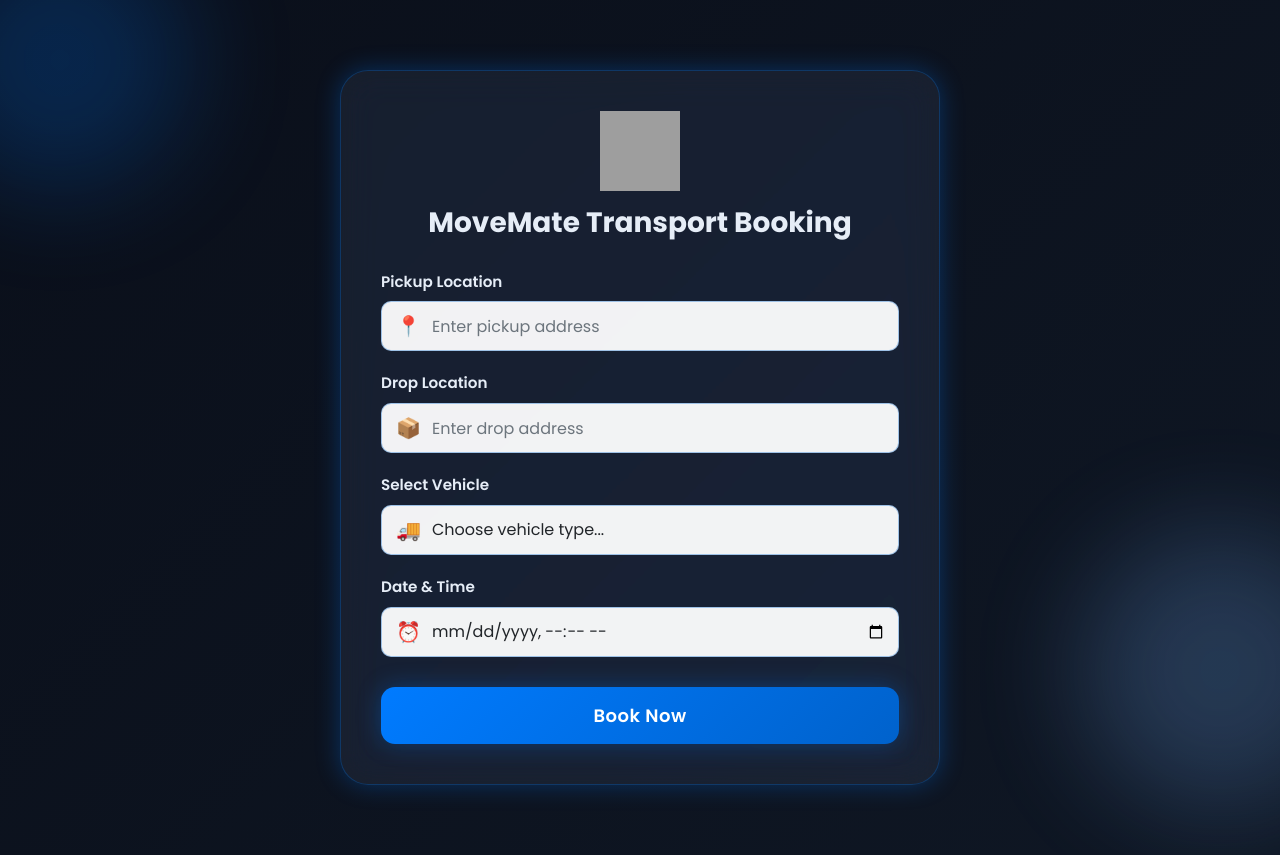
Repository: MoveMate7018/Slokdhorda7014
Page: booking.html
An editor plug-in stored every save of this project. The page is shown before and after the next save, followed by the edit.
The browser window is 1280 px wide. The pictures show the whole page.
Pictures or frames that could not be fetched are drawn as grey boxes.

Above is the page before, as saved 2025-11-19 10:16:22.

### booking.html
<!DOCTYPE html>
<html lang="en">
<head>
  <meta charset="UTF-8" />
  <meta name="viewport" content="width=device-width, initial-scale=1.0" />
  <title>MoveMate - Booking</title>
  <link href="https://cdn.jsdelivr.net/npm/bootstrap@5.0.2/dist/css/bootstrap.min.css" rel="stylesheet" integrity="sha384-EVSTQN3/azprG1Anm3QDgpJLIm9Nao0Yz1ztcQTwFspd3yD65VohhpuuCOmLASjC" crossorigin="anonymous">
  <link href="https://fonts.googleapis.com/css2?family=Poppins:wght@300;400;500;600;700;800&display=swap" rel="stylesheet">
  <style>
    body {
      margin: 0;
      font-family: 'Poppins', sans-serif;
      background: linear-gradient(135deg, #0a0f1a, #0f1724);
      min-height: 100vh;
      overflow-x: hidden;
      position: relative;
      padding: 20px 0;
    }

    .booking-container {
      max-width: 600px;
      width: 100%;
      background: rgba(255, 255, 255, 0.06);
      backdrop-filter: blur(18px) saturate(160%);
      padding: 40px;
      border-radius: 28px;
      border: 1px solid rgba(0, 102, 204, 0.35);
      box-shadow: 0 0 25px rgba(0, 123, 255, 0.3);
      animation: pop 0.4s ease-out forwards;
      margin: 50px auto;
    }

    @keyframes pop {
      from { transform: scale(0.92); opacity: 0; }
      to { transform: scale(1); opacity: 1; }
    }

    .booking-header {
      text-align: center;
      margin-bottom: 30px;
    }

    .booking-header img {
      width: 80px;
      height: 80px;
      margin-bottom: 15px;
    }

    .booking-header h2 {
      color: #e6edf7;
      font-size: 1.75rem;
      font-weight: 700;
      margin-bottom: 0;
    }

    .form-label {
      font-weight: 600;
      color: #e6edf7;
      margin-bottom: 8px;
      font-size: 0.95rem;
    }

    .input-wrapper {
      position: relative;
      margin-bottom: 20px;
    }

    .input-icon {
      position: absolute;
      top: 50%;
      left: 15px;
      transform: translateY(-50%);
      font-size: 20px;
      z-index: 10;
    }

    .form-control,
    .form-select {
      height: 50px;
      padding-left: 50px;
      border-radius: 10px;
      border: 1.5px solid rgba(0,102,204,0.35);
      background: rgba(255, 255, 255, 0.95);
      font-size: 16px;
      transition: all 0.3s ease;
    }

    .form-control:focus,
    .form-select:focus {
      border-color: #007bff;
      box-shadow: 0 0 0 0.2rem rgba(0, 123, 255, 0.25);
      background: white;
    }

    .btn-booking {
      width: 100%;
      padding: 15px;
      background: linear-gradient(135deg, #007bff, #0062cc);
      color: white;
      border: none;
      border-radius: 14px;
      font-size: 18px;
      font-weight: 600;
      cursor: pointer;
      box-shadow: 0 0 25px rgba(0, 123, 255, 0.3);
      letter-spacing: 0.5px;
      transition: all 0.3s ease;
      margin-top: 10px;
    }

    .btn-booking:hover {
      background: linear-gradient(135deg, #0062cc, #174783);
      transform: translateY(-2px);
      box-shadow: 0 5px 30px rgba(0, 123, 255, 0.5);
    }

    .shape {
      position: fixed;
      border-radius: 50%;
      filter: blur(55px);
      opacity: 0.55;
      pointer-events: none;
    }

    .shape1 {
      width: 260px;
      height: 260px;
      background: rgba(0, 123, 255, 0.40);
      top: -70px;
      left: -70px;
    }

    .shape2 {
      width: 280px;
      height: 280px;
      background: rgba(120, 180, 255, 0.40);
      bottom: -90px;
      right: -80px;
    }

    /* Responsive adjustments */
    @media (max-width: 768px) {
      .booking-container {
        padding: 30px 25px;
        margin: 30px 15px;
      }

      .booking-header h2 {
        font-size: 1.5rem;
      }

      .booking-header img {
        width: 70px;
        height: 70px;
      }

      .form-control,
      .form-select {
        height: 48px;
        font-size: 15px;
      }

      .btn-booking {
        font-size: 16px;
        padding: 14px;
      }
    }

    @media (max-width: 576px) {
      body {
        padding: 10px 0;
      }

      .booking-container {
        padding: 25px 20px;
        margin: 20px 10px;
        border-radius: 20px;
      }

      .booking-header h2 {
        font-size: 1.3rem;
      }

      .booking-header img {
        width: 60px;
        height: 60px;
      }

      .form-control,
      .form-select {
        height: 46px;
        font-size: 14px;
        padding-left: 45px;
      }

      .input-icon {
        font-size: 18px;
        left: 12px;
      }

      .btn-booking {
        font-size: 15px;
        padding: 12px;
      }

      .form-label {
        font-size: 0.9rem;
      }
    }
  </style>
</head>
<body>
  <div class="shape shape1"></div>
  <div class="shape shape2"></div>

  <div class="container">
    <div class="row justify-content-center">
      <div class="col-12 col-sm-11 col-md-10 col-lg-8 col-xl-7">
        <div class="booking-container">
          <div class="booking-header">
            <img src="https://img.icons8.com/external-flaticons-lineal-color-flat-icons/100/000000/external-logistics-logistics-flaticons-lineal-color-flat-icons.png" alt="MoveMate Logo" class="img-fluid" />
            <h2>MoveMate Transport Booking</h2>
          </div>

          <form>
            <div class="row">
              <div class="col-12">
                <label for="pickup" class="form-label">Pickup Location</label>
                <div class="input-wrapper">
                  <span class="input-icon">📍</span>
                  <input type="text" class="form-control" id="pickup" placeholder="Enter pickup address" required />
                </div>
              </div>

              <div class="col-12">
                <label for="drop" class="form-label">Drop Location</label>
                <div class="input-wrapper">
                  <span class="input-icon">📦</span>
                  <input type="text" class="form-control" id="drop" placeholder="Enter drop address" required />
                </div>
              </div>

              <div class="col-12">
                <label for="vehicle" class="form-label">Select Vehicle</label>
                <div class="input-wrapper">
                  <span class="input-icon">🚚</span>
                  <select class="form-select" id="vehicle" required>
                    <option value="">Choose vehicle type...</option>
                    <option value="mini-truck">Mini Truck</option>
                    <option value="pickup-van">Pickup Van</option>
                    <option value="3-wheeler">Loader 3-Wheeler</option>
                    <option value="tempo">Tempo</option>
                  </select>
                </div>
              </div>

              <div class="col-12">
                <label for="datetime" class="form-label">Date & Time</label>
                <div class="input-wrapper">
                  <span class="input-icon">⏰</span>
                  <input type="datetime-local" class="form-control" id="datetime" required />
                </div>
              </div>

              <div class="col-12">
                <button type="submit" class="btn btn-booking">Book Now</button>
              </div>
            </div>
          </form>
        </div>
      </div>
    </div>
  </div>

  <script src="https://cdn.jsdelivr.net/npm/bootstrap@5.0.2/dist/js/bootstrap.bundle.min.js" integrity="sha384-MrcW6ZMFYlzcLA8Nl+NtUVF0sA7MsXsP1UyJoMp4YLEuNSfAP+JcXn/tWtIaxVXM" crossorigin="anonymous"></script>
</body>
</html>

After the next save:
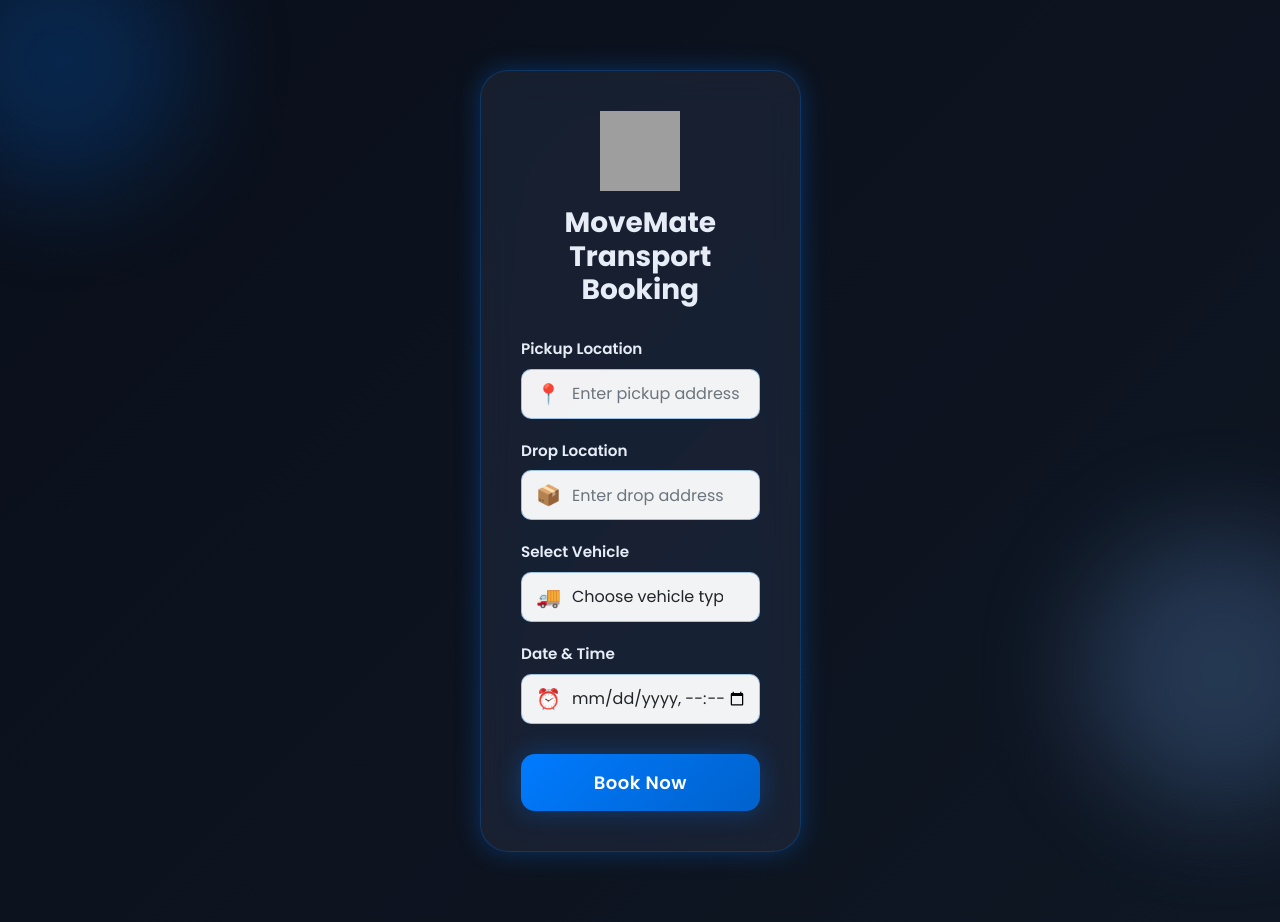
Saved 100 s later.
--- a/booking.html
+++ b/booking.html
@@ -17,9 +17,9 @@
       padding: 20px 0;
     }
 
-    .booking-container {
+    .booking-container{
       max-width: 600px;
-      width: 100%;
+      width: 50%;
       background: rgba(255, 255, 255, 0.06);
       backdrop-filter: blur(18px) saturate(160%);
       padding: 40px;
